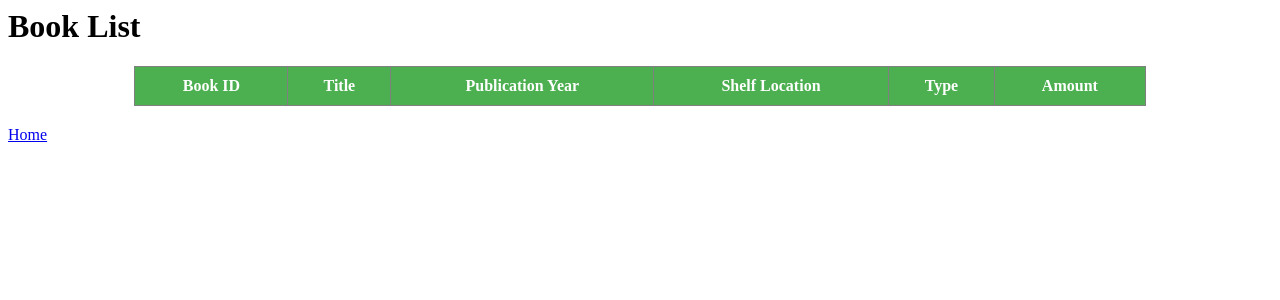
Repository: maximusprimeavenger/LibraryJavaServlet
Page: http://localhost/Servlet/bookListUser
These files come from the project's save history. The page is drawn as it stood at one moment and after the next save; the edit follows.
The browser window is 1280 px wide. The pictures show the whole page.
The page is served by Tomcat 10. Other server files are loaded and not shown. Queries for data that is not in the repository find no rows.

Above is the page before, as saved 2024-04-03 04:30:18.

### Servlet/src/main/java/garvit/BookListUser.java
package garvit;

import java.io.IOException;
import java.io.PrintWriter;
import java.sql.Connection;
import java.sql.DriverManager;
import java.sql.PreparedStatement;
import java.sql.ResultSet;
import java.sql.SQLException;

import jakarta.servlet.ServletException;
import jakarta.servlet.annotation.WebServlet;
import jakarta.servlet.http.HttpServlet;
import jakarta.servlet.http.HttpServletRequest;
import jakarta.servlet.http.HttpServletResponse;

@WebServlet("/bookListUser")
public class BookListUser extends HttpServlet {
    private static final String query = "Select publication_id, title, publication_year, shelf_location, type, amount_of_book from Publications";

    @Override
    protected void doGet(HttpServletRequest req, HttpServletResponse response) throws ServletException, IOException {
        response.setContentType("text/html");
        PrintWriter out = response.getWriter();

        String url = "jdbc:sqlserver://MAX;databaseName=Library;encrypt=true;trustServerCertificate=true";
        String user = "newlogin";
        String password = "Maks2005";

        try {
            Class.forName("com.microsoft.sqlserver.jdbc.SQLServerDriver");
            try (Connection con = DriverManager.getConnection(url, user, password);
                 PreparedStatement ps = con.prepareStatement(query)) {
                ResultSet rs = ps.executeQuery();
                out.println("<html><head><title>Book List</title>");
                out.println("<style>");
                out.println("table {border-collapse: collapse; width: 80%; margin: 20px auto;}");
                out.println("th, td {padding: 10px; text-align: center;}");
                out.println("th {background-color: #4CAF50; color: white;}");
                out.println("tr:nth-child(even) {background-color: #f2f2f2;}");
                out.println("</style>");
                out.println("</head><body>");
                out.println("<h1>Book List</h1>");
                out.println("<table border='1'>");
                out.println("<tr>");
                out.println("<th>Book ID</th>");
                out.println("<th>Title</th>");
                out.println("<th>Publication Year</th>");
                out.println("<th>Shelf Location</th>");
                out.println("<th>Type</th>");
                out.println("<th>Amount</th>");
                out.println("</tr>");
                while (rs.next()) {
                    out.println("<tr>");
                    out.println("<td>" + rs.getInt(1) + "</td>");
                    out.println("<td>" + rs.getString(2) + "</td>");
                    out.println("<td>" + rs.getInt(3) + "</td>");
                    out.println("<td>" + rs.getString(4) + "</td>");
                    out.println("<td>" + rs.getString(5) + "</td>");
                    out.println("<td>" + rs.getInt(6) + "</td>");
                    out.println("</tr>");
                }
                out.println("</table>");
                out.println("<a href ='Account.html'>Home</a>");
                out.println("</body></html>");
            }
        } catch (ClassNotFoundException | SQLException e) {
            e.printStackTrace();
            out.println("<h1>Error: " + e.getMessage() + "</h1>");
        }
    }
}

After the next save:
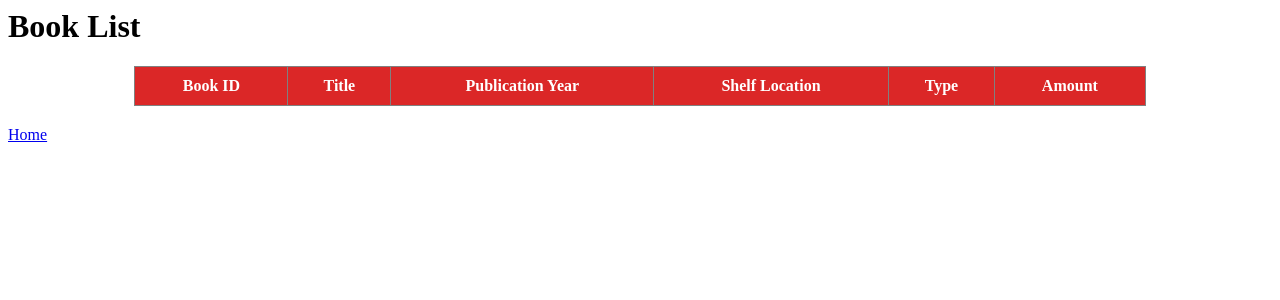
Saved 9 min 3 s later.
--- a/Servlet/src/main/java/garvit/BookListUser.java
+++ b/Servlet/src/main/java/garvit/BookListUser.java
@@ -36,7 +36,7 @@ public class BookListUser extends HttpServlet {
                 out.println("<style>");
                 out.println("table {border-collapse: collapse; width: 80%; margin: 20px auto;}");
                 out.println("th, td {padding: 10px; text-align: center;}");
-                out.println("th {background-color: #4CAF50; color: white;}");
+                out.println("th {background-color: #db2727; color: white;}");
                 out.println("tr:nth-child(even) {background-color: #f2f2f2;}");
                 out.println("</style>");
                 out.println("</head><body>");
